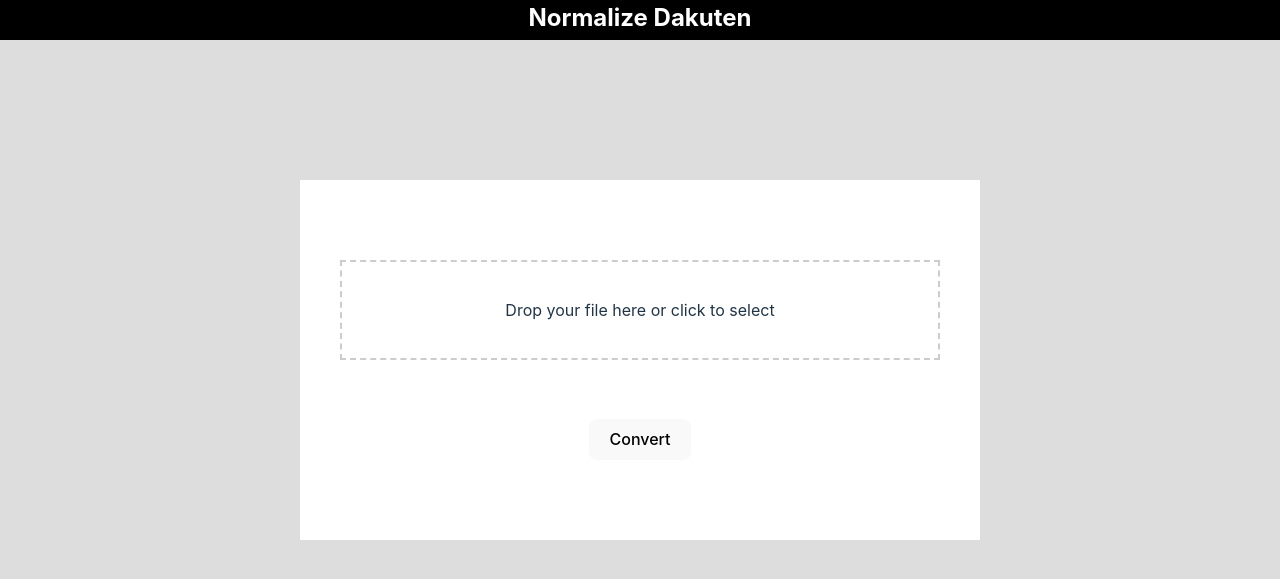
Repository: CatHandsService/normalize_dakuten
Page: / (app in front/)
The author's editor kept a copy of each file at every save. The page is drawn from the files as they stood at one save, then again after the next save.
The browser window is 1280 px wide. The pictures show the whole page.
The project was rebuilt for these pictures with package versions that can differ from the ones it lists, and the page was loaded fresh each time. Also part of the build but not shown: front/vite.config.ts.

Above is the page before, as saved 2024-01-27 16:20:17.

After the next save:
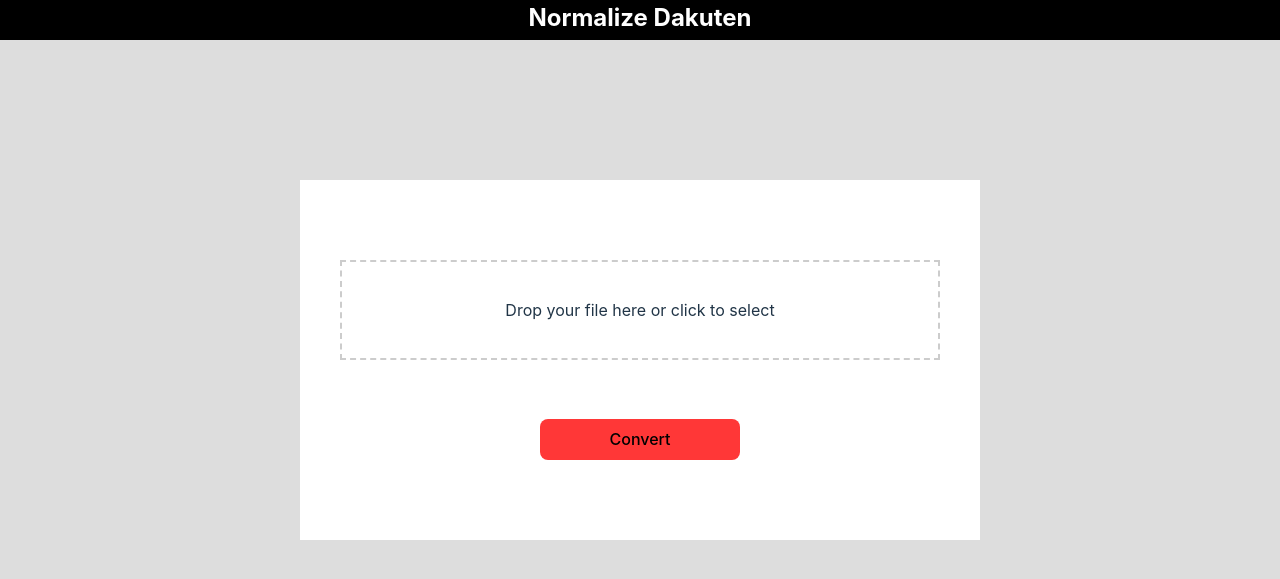
Saved 56 s later.
--- a/front/src/App.css
+++ b/front/src/App.css
@@ -36,8 +36,7 @@ body {
   width: 400px;
   height: 300px;
 }
-.hr {
-  width: 100%;
-  border: 1px solid #ddd;
-  border-color: #ddd;
+.convert {
+  width: 200px;
+  background-color: #ff3737;
 }
